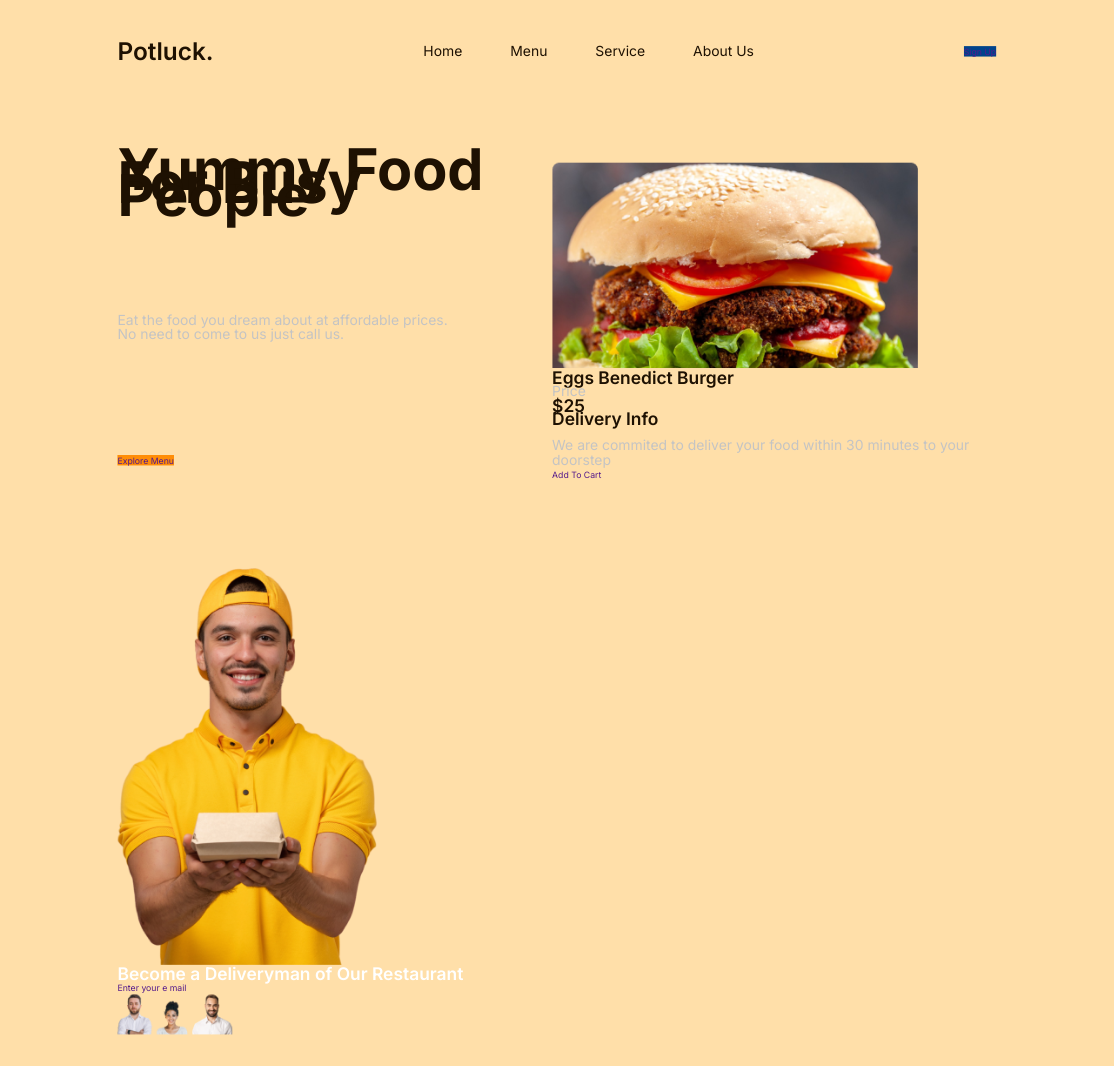
Repository: kien181999/potluck-restaurant-landing
Page: index.html
These files come from the project's save history. The page is drawn as it stood at one moment and after a run of saves; the edit follows.
The browser window is 1280 px wide. The pictures show the whole page, at 87% of full size.
The style sheet was rebuilt from its Sass, Less or Tailwind sources for each picture, by a compiler version that may differ from the author's.

Above is the page before, as saved 2022-06-18 06:01:10.

### index.html
<!DOCTYPE html>
<html lang="en">

<head>
    <meta charset="UTF-8">
    <meta http-equiv="X-UA-Compatible" content="IE=edge">
    <meta name="viewport" content="width=device-width, initial-scale=1.0">
    <link rel="stylesheet" href="/css/style.css">
    <title>Restaurant Landing Page</title>
</head>

<body>
    <div class="container">
        <section class="header">
            <div class="header__menu">
                <div class="header__menu--title">
                    <h2 class="heading-2">Potluck.</h2>
                </div>
                <ul class="header__menu--list">
                    <li class="header__menu--link">
                        <a href="" class="header__menu--item">Home</a>
                    </li>
                    <li class="header__menu--link">
                        <a href="" class="header__menu--item">Menu</a>
                    </li>
                    <li class="header__menu--link">
                        <a href="" class="header__menu--item">Service</a>
                    </li>
                    <li class="header__menu--link">
                        <a href="" class="header__menu--item">About Us</a>
                    </li>
                </ul>
                <div class="header__menu--button">
                    <a href="" class="btn__blue">Sign Up</a>
                </div>
            </div>
            <div class="header__content">
                <div class="header__content--text">
                    <div class="header__content--text-1">
                        <h1 class="heading-1">Yummy Food</h1>
                        <h1 class="heading-1">For Busy People</h1>
                    </div>
                    <div class="header__content--text-2">
                        <span class="heading-span">
                            Eat the food you dream about at affordable prices.
                        </span>
                        <br>
                        <span class="heading-span">
                            No need to come to us just call us.
                        </span>
                    </div>
                    <div class="header__content--text-button">
                        <a href="" class="btn__yellow">Explore Menu</a>
                    </div>
                    <div class="header__content--text-img">
                        <img src="/img/penne-pasta-tomato-sauce-with-chicken-tomatoes-wooden-table 1.png" alt=""
                            class="header__content--text-jpg">
                    </div>
                </div>
                <div class="header__content--card">
                    <div class="header__content--card--item">
                        <div class="header__content--card-img">
                            <img src="/img/front-view-tasty-meat-burger-with-cheese-salad-dark-background 1.png" alt=""
                                class="header__content--card--jpg">
                            <div class="header__content--card--icon--1">
                                <i class="ri-arrow-left-s-line"></i>
                            </div>
                            <div class="header__content--card--icon--2">
                                <i class="ri-heart-line"></i>
                            </div>
                        </div>
                        <div class="header__content--card--text">
                            <div class="header__content--card--title">
                                <h3 class="heading-3">
                                    Eggs Benedict Burger
                                </h3>
                            </div>
                            <div class="header__content--card-price">
                                <span class="heading-span">Price</span><h3 class="heading-3">$25</h3>
                            </div>
                            <div class="header__content--card--info">
                                <h3 class="heading-3">Delivery Info</h3>
                                <br>
                                <span class="heading-span">We are commited to deliver your food within 30 minutes to your doorstep</span>
                            </div>
                            <div class="header__content--card--button">
                                <a href="" class="btn-yellow">Add To Cart</a>
                            </div>
                        </div>
                    </div>
                </div>
            </div>
            <div class="header__hr">
                <div class="header__hr--img">
                    <img src="/img/front-view-male-courier-yellow-uniform-cape-holding-little-delivery-food-package-pink-background-removebg 1.png" alt="" class="header__hr--jpg">
                </div>
                <div class="header__hr--jd">
                    <div class="header__hr--jd--text">
                        <h3 class="heading-3-white">Become a Deliveryman of Our Restaurant</h3>
                    </div>
                    <div class="header__hr--jd--btn">
                        <a href="" class="btn-blue"><i class="ri-mail-line"></i>Enter your e mail</a>
                    </div>
                </div>
                <div class="header__hr--emp">
                    <div class="header__hr--emp--img">
                        <img src="./img/image 731.png" alt="" class="header__hr--emp-jpg">
                        <img src="./img/image 732.png" alt="" class="header__hr--emp-jpg">
                        <img src="./img/image 856.png" alt="" class="header__hr--emp-jpg">
                    </div>
                </div>
            </div>
        </section>
    </div>
</body>

</html>

### sass/main.scss
@import 'base';
@import 'typography';
@import 'variable';
@import 'header';
@import 'button';

### sass/_base.scss
@import url("https://fonts.googleapis.com/css2?family=Inter:wght@100;200;300;400;500;600;700;800&display=swap");

*{
    margin: 0;
    padding: 0;
    outline: none;
    text-decoration: none;
    box-sizing: border-box;
}

::before,::after{
    box-sizing: border-box;
}
html{
    box-sizing: border-box;
    font-size: 62.5%;
    scroll-behavior: smooth;
    font-family: var(--body-font);
}
body{
    padding: 0;
    margin: 0;
    line-height: 1.5rem;
    background-color: var(--body-color);
}
.container{
    padding: 3.2rem 13.5rem;
}

### sass/_typography.scss
.heading-1{
    font-family: var(--body-font);
    font-size: 6.6rem;
    color: var(--primary-color);
    font-weight: 700;
}
.heading-2{
    font-family: var(--body-font);
    font-size: 2.8rem;
    color: var(--primary-color);
    font-weight: 600;
}
.heading-3{
    font-family: var(--body-font);
    font-size: 2rem;
    color: var(--primary-color);
    font-weight: 600;
}
.heading-3-white{
    font-family: var(--body-font);
    font-size: 2rem;
    color: var(--white-color);
    font-weight: 600;
}
.heading-span{
    font-family: var(--body-font);
    font-size: 1.6rem;
    color: var(--text-color);
    font-weight: 400;
}

### sass/_variable.scss
:root{
    --body-color: #FFDFA9;
    --primary-color: #1E1102;
    --secondary-color: #58524A;
    --text-color: #c4c4c4;
    --blue-color: #196dc7;
    --bold-blue-color: #00438B;
    --yellow-color: #FF8D07;
    --white-color: #fff;
    --body-font: 'Inter', sans-serif;
}

### sass/_header.scss
.header{
    &__menu{
        display: flex;
        margin-bottom: 10rem;
        justify-content: space-between;
        align-items: center;
        height: 5.5rem;
        &--list{
            display: flex;
            list-style: none;
            justify-content: space-between;
            width: 38rem;
        }
        &--item{
            font-size: 1.6rem;
            color: var(--primary-color);
            text-decoration: none;
            transition: all .2s;
            &:hover{
                color: var(--yellow-color);
            }
        }
    }
    &__content{
        display: flex;
        justify-content: space-between;
        margin-bottom: 10rem;
        &--text{
          display: flex;
          flex-direction: column;
          justify-content: space-between;
          height: 35rem;
          width: 54rem;
        &-img{
            display: none;
        }
        }
    }
}

### sass/_button.scss
.btn {
    font-size: 1.6rem;
    color: var(--white-color);

    padding: 1rem 3rem;
    border-radius: 5px;
    &__blue {
        background-color: var(--bold-blue-color);
        transition: all .2s;

        &:hover {
            background-color: var(--blue-color);
        }

        &:focus {
            outline: none;
            animation: pulsate 1s infinite;
        }
    }
    &__yellow{
        background-color: var(--yellow-color);
        transition: all .2s;
    }
}


@keyframes pulsate {
    0% {
        transform: scale(1);
        box-shadow: none;
    }

    50% {
        transform: scale(1.05);
        box-shadow: 0 1rem 4rem rgba(0, 0, 0, .25);
    }

    100% {
        transform: scale(1);
        box-shadow: none;
    }
}

After the next 3 saves:
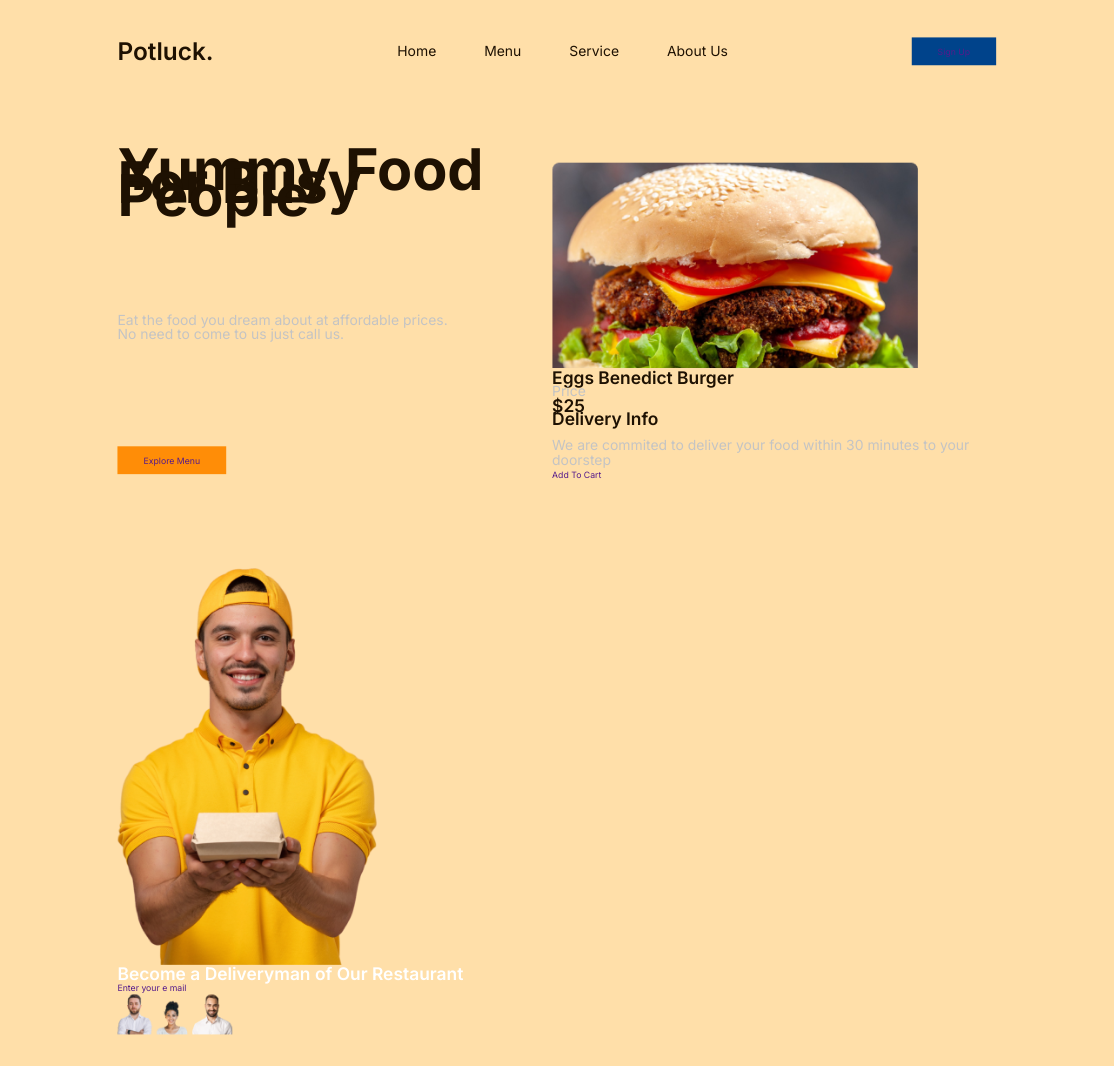
The 3 saves are shown as one change because they came seconds apart.
The last was saved 28 s later.
--- a/sass/_button.scss
+++ b/sass/_button.scss
@@ -2,12 +2,12 @@
     font-size: 1.6rem;
     color: var(--white-color);
 
-    padding: 1rem 3rem;
+
     border-radius: 5px;
     &__blue {
         background-color: var(--bold-blue-color);
         transition: all .2s;
-
+        padding: 1rem 3rem;
         &:hover {
             background-color: var(--blue-color);
         }
@@ -20,6 +20,7 @@
     &__yellow{
         background-color: var(--yellow-color);
         transition: all .2s;
+        padding: 1rem 3rem;
     }
 }
 
